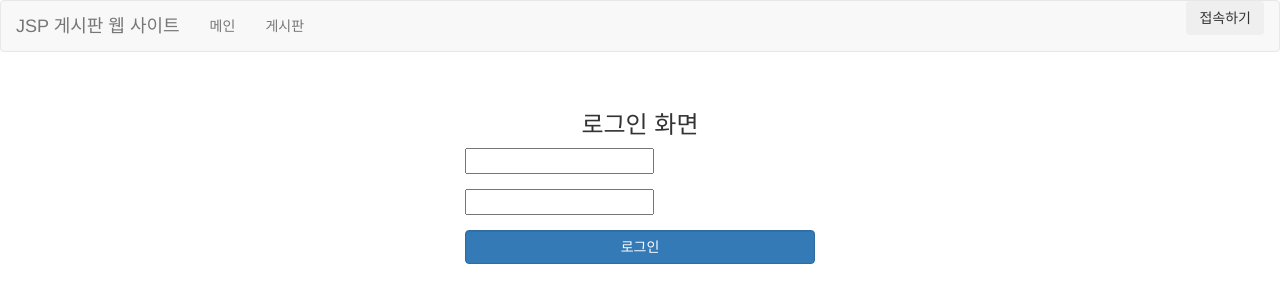
Repository: chyun94/JSP-
Page: http://localhost/BBS/join.jsp
These files come from the project's save history. The page is drawn as it stood at one moment and after the next save; the edit follows.
The browser window is 1280 px wide. The pictures show the whole page.
Some web libraries are served in a nearby version. The page is served by Tomcat 9.

Above is the page before, as saved 2021-05-07 11:16:11.

After the next save:
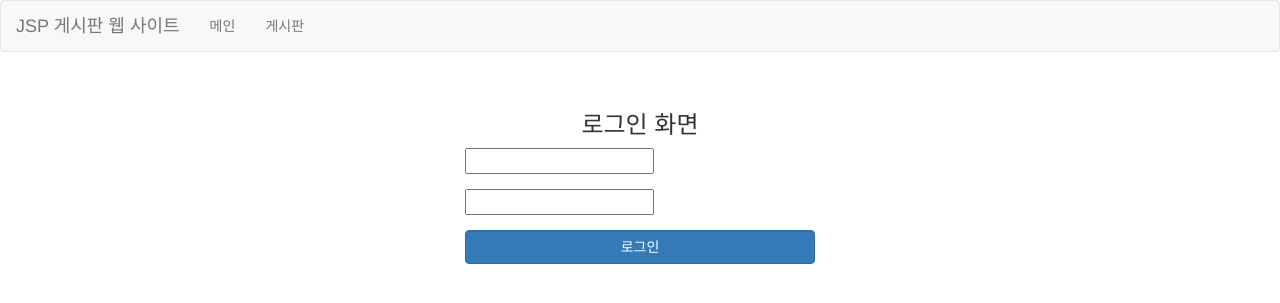
Saved 4 min 0 s later.
--- a/BBS/WebContent/join.jsp
+++ b/BBS/WebContent/join.jsp
@@ -29,16 +29,15 @@
 				<li><a href="main.jsp">메인</a></li>
 				<li><a href="bbs.jsp">게시판</a></li>
 			</ul>
+			<ul class="nav navbar-nav navbar-right">
+				<li class="dropdown">
+					<a href="#" class="dropdown-toggle" data-toggle="fropdown"
+					role="button" aria-haspopup="true"></a>
 
-			<div class="dropdown" align="right">
-				<button class="btn btn-secondary dropdown-toggle" type="button"
-				id="dropdownMenu2" data-toggle="dropdown" aria-haspopup="true"
-				aria-expanded="false">접속하기
-				</button>
-
-
-
-			</div>
+			<ul class="dropdown-menu">
+				<li class="active"><a href="login.jsp">로그인</a></li>
+				<li><a href="join.jsp">회원가입</a></li>
+			</ul>
 		</div>
 
 	</nav>
